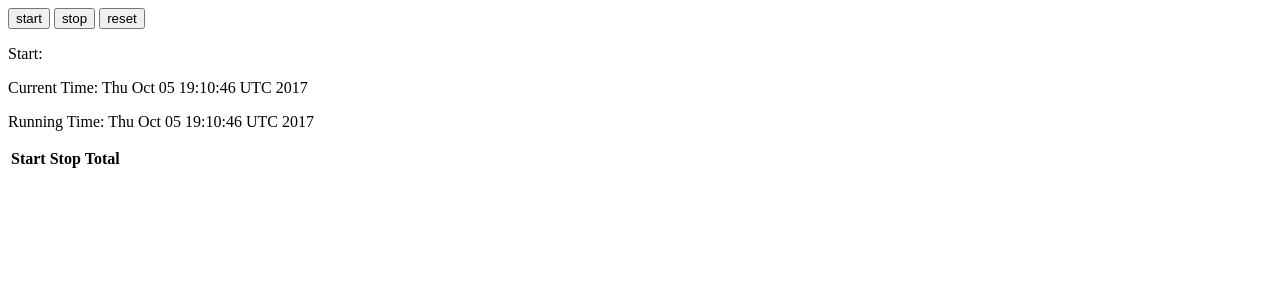
Repository: bchang1213/javaEE
Page: http://localhost/Stopwatch/Home
An editor plug-in stored every save of this project. The page is shown before and after the next save, followed by the edit.
The browser window is 1280 px wide. The pictures show the whole page.
The page is served by Tomcat 9. Other server files are loaded and not shown.

Above is the page before, as saved 2017-10-09 19:00:35.

### Stopwatch/WebContent/WEB-INF/views/home.jsp
<%@ page language="java" contentType="text/html; charset=UTF-8"
    pageEncoding="UTF-8"%>
<%@ taglib prefix="c" uri="http://java.sun.com/jsp/jstl/core" %>
<!DOCTYPE html PUBLIC "-//W3C//DTD HTML 4.01 Transitional//EN" "http://www.w3.org/TR/html4/loose.dtd">
<html>
<head>
<meta http-equiv="Content-Type" content="text/html; charset=UTF-8">
<title>Stopwatch</title>
</head>
<body>
	<form action="timer" method="POST">
		<input type="submit" name='start' value="start">
		<input type="submit" name='stop' value="stop">
		<input type="submit" name='reset' value="reset">
	</form>
	<div class="times">
		<p>Start: <c:out value="${newTimer.getStart()}" /></p>
		<p>Current Time: <c:out value="${currentTime}" /></p>
		<p>Running Time: <c:out value="${currentTime}" /></p>
	</div>
	<table>
		<tr>
			<th>Start</th>
			<th>Stop</th>
			<th>Total</th>
		</tr>
		<tr>

		</tr>
	</table>
</body>
</html>

### Stopwatch/src/com/brianchang/web/controllers/Home.java
package com.brianchang.web.controllers;

import java.io.IOException;
import java.util.Date;
import javax.servlet.RequestDispatcher;
import javax.servlet.ServletException;
import javax.servlet.annotation.WebServlet;
import javax.servlet.http.HttpServlet;
import javax.servlet.http.HttpServletRequest;
import javax.servlet.http.HttpServletResponse;

/**
 * Servlet implementation class Home
 */
@WebServlet("/Home")
public class Home extends HttpServlet {
	private static final long serialVersionUID = 1L;

    /**
     * @see HttpServlet#HttpServlet()
     */
    public Home() {
        super();
        // TODO Auto-generated constructor stub
    }

	/**
	 * @see HttpServlet#doGet(HttpServletRequest request, HttpServletResponse response)
	 */
	protected void doGet(HttpServletRequest request, HttpServletResponse response) throws ServletException, IOException {
		Date currentTime = new Date();
		request.setAttribute("currentTime", currentTime);
		//RENDERING THE VIEW FILE
		RequestDispatcher view = request.getRequestDispatcher("/WEB-INF/views/home.jsp");
		view.forward(request, response);
	}

	/**
	 * @see HttpServlet#doPost(HttpServletRequest request, HttpServletResponse response)
	 */
	protected void doPost(HttpServletRequest request, HttpServletResponse response) throws ServletException, IOException {
		doGet(request, response);
	}

}

After the next save:
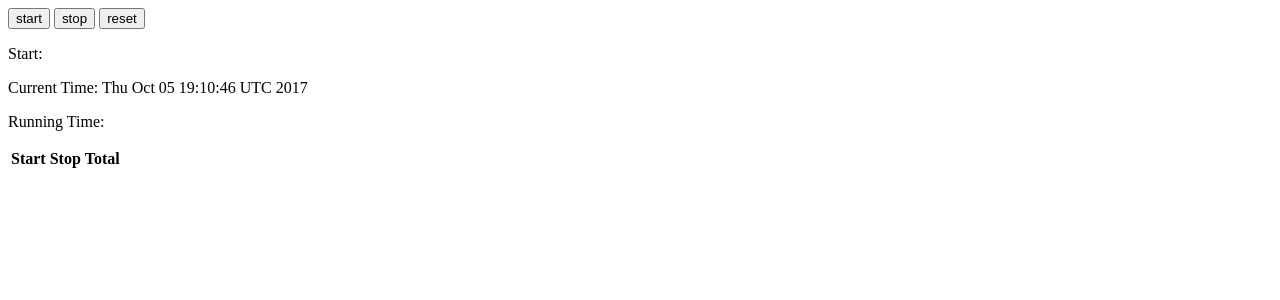
Saved 41 s later.
--- a/Stopwatch/WebContent/WEB-INF/views/home.jsp
+++ b/Stopwatch/WebContent/WEB-INF/views/home.jsp
@@ -16,7 +16,7 @@
 	<div class="times">
 		<p>Start: <c:out value="${newTimer.getStart()}" /></p>
 		<p>Current Time: <c:out value="${currentTime}" /></p>
-		<p>Running Time: <c:out value="${currentTime}" /></p>
+		<p>Running Time: <c:out value="${newTimer.getTotal()}" /></p>
 	</div>
 	<table>
 		<tr>
